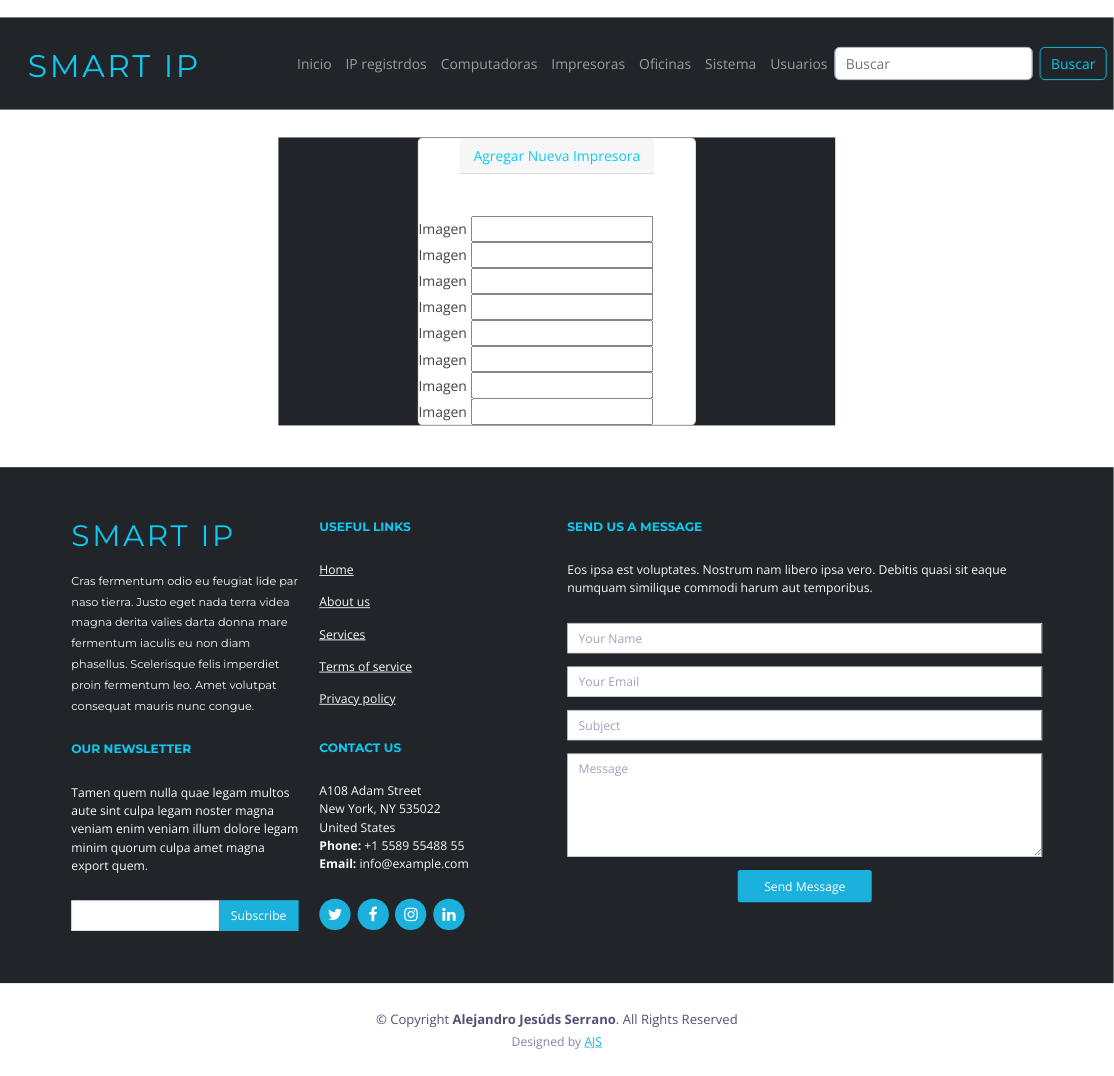
Repository: AlejandroJesusSerrano/SmartIPs
Page: smartip/smartipnav/templates/smartipnav/printer_form.html
The author's editor kept a copy of each file at every save. The page is drawn from the files as they stood at one save, then again after the next save.
The browser window is 1280 px wide. The pictures show the whole page, at 87% of full size.
The page is served by the project's application, run on Django 4.2 (smartip/manage.py). Other server files are loaded and not shown. The template is opened directly, without the code that normally fills it, so the values that code supplies are empty.

Above is the page before, as saved 2022-11-14 08:56:54.

### smartip/smartipnav/templates/smartipnav/printer_form.html
{% extends 'smartipnav/base.html' %}

{% block content %}
<section>
    <div class="container col-lg-6 bg-dark">
        <div class="card mx-auto mt-5" style="width: 20rem;">
            <div class="card-header text-info mx-auto">
              Agregar Nueva Impresora
            </div>
            <form id=printer_add_form action="" method="post" class="mt-5">
                <label for="">Imagen</label>
                <input type="url" name="printer_image" id="printer_image">

                <label for="">Imagen</label>
                <input type="url" name="printer_image" id="printer_image">

                <label for="">Imagen</label>
                <input type="url" name="printer_image" id="printer_image">

                <label for="">Imagen</label>
                <input type="url" name="printer_image" id="printer_image">

                <label for="">Imagen</label>
                <input type="url" name="printer_image" id="printer_image">

                <label for="">Imagen</label>
                <input type="url" name="printer_image" id="printer_image">

                <label for="">Imagen</label>
                <input type="url" name="printer_image" id="printer_image">

                <label for="">Imagen</label>
                <input type="url" name="printer_image" id="printer_image">
            </form>
        </div>
    </div>
</section>
<!-- <section id="intro" class="clearfix">
    <div class="container d-flex h-100">
        <div class="row justify-content-center align-self-center">
            <div class="col-md-6 intro-info order-md-first order-last">
                <form action="" method="post">
                    {% csrf_token %}
                    <div class="container mx-auto w-100">
                        <div class="form-group bg-dark mx-auto w-80">
                            <label class="form-control-label text-light" for="printer_image">Url Imágen: </label>
                            <input class="form-control" type="url" name="printer_image" id="printer_add"></p>

                            <label class="form-control-label text-light" for="printer_brand">Marca: </label>
                            <input class="form-control" type="text" name="printer_brand" id="printer_brand"></p>

                            <label class="form-control-label text-light" for="printer_model">Modelo: </label>
                            <input class="form-control" type="text" name="printer_model" id="printer_model"></p>

                            <label class="form-control-label text-light" for="printer_rebuilded">Reacondicionada: </label>
                            <input class="form-control" type="checkbox" name="printer_rebuilded" id="printer_rebuilded"></p>

                            <label class="form-control-label text-light" for="printer_ip">Ip asignado: </label>
                            <input class="form-control" type="text" name="printer_ip" id="printer_ip"></p>

                            <label class="form-control-label text-light" for="printer_office">Oficina: </label>
                            <input class="form-control" type="text" namr="printer_office" id="printer_office"></p>

                            <button type="submit" class="btn btn-info mx-auto">Submit</button>
                        </div>
                    </div>
                </form>
            </div>
        </div>
    </div>
</section> -->
{% endblock %}

### smartip/smartipnav/templates/smartipnav/base.html
<!DOCTYPE html>
<html lang="en">
<head>

  {% load static %}
  <meta charset="utf-8">
  <title>Smart IP</title>
  <meta content="width=device-width, initial-scale=1.0" name="viewport">
  <meta content="" name="keywords">
  <meta content="" name="description">

  <!-- Favicons -->
  <link href="{% static 'smartipnav/img/favicon.png' %}" rel="icon">
  <link href="{% static 'smartipnav/img/apple-touch-icon.png' %}" rel="apple-touch-icon">

  <!-- Google Fonts -->
  <link href="https://fonts.googleapis.com/css?family=Open+Sans:300,300i,400,400i,500,600,700,700i|Montserrat:300,400,500,600,700" rel="stylesheet">

  <!-- Bootstrap CSS File -->
  <link href="https://cdn.jsdelivr.net/npm/bootstrap@5.2.2/dist/css/bootstrap.min.css" rel="stylesheet" integrity="sha384-Zenh87qX5JnK2Jl0vWa8Ck2rdkQ2Bzep5IDxbcnCeuOxjzrPF/et3URy9Bv1WTRi" crossorigin="anonymous">

  <!-- Libraries CSS Files -->
  <link href="{% static 'smartipnav/lib/font-awesome/css/font-awesome.min.css' %}" rel="stylesheet">
  <link href="{% static 'smartipnav/lib/animate/animate.min.css' %}" rel="stylesheet">
  <link href="{% static 'smartipnav/lib/ionicons/css/ionicons.min.css' %}" rel="stylesheet">
  <link href="{% static 'smartipnav/lib/owlcarousel/assets/owl.carousel.min.css' %}" rel="stylesheet">
  <link href="{% static 'smartipnav/lib/lightbox/css/lightbox.min.css' %}" rel="stylesheet">

  <!-- Main Stylesheet File -->
  <link href="{% static 'smartipnav/css/style.css' %}" rel="stylesheet">

  <!-- =======================================================
    Theme Name: Rapid
    Theme URL: https://bootstrapmade.com/rapid-multipurpose-bootstrap-business-template/
    Author: BootstrapMade.com
    License: https://bootstrapmade.com/license/
  ======================================================= -->
</head>

<body>
  <!--==========================
  Header
  ============================-->
  <header id="header">
    <nav class="navbar navbar-expand-lg navbar-dark bg-dark mb-5">
      <a class="navbar-brand" href="index">
        <div class="logo mb-4">
          <!-- Uncomment below if you prefer to use an image logo -->
          <h1 class="text-bg-dark mx-auto "><a href="index"><span class= "text-info">Smart IP</span></a></h1>
          <!-- <a href="#header" class="scrollto"><img src="img/logo.png" alt="" class="img-fluid"></a> -->
        </div>
      </a>
      <button class="navbar-toggler" type="button" data-bs-toggle="collapse" data-bs-target="#navbarSupportedContent" aria-controls="navbarSupportedContent" aria-expanded="false" aria-label="Toggle navigation">
        <span class="navbar-toggler-icon"></span>
      </button>
      <div class="collapse navbar-collapse" id="navbarSupportedContent">
        <ul class="navbar-nav ms-auto mb-2 mb-lg-0">
          <li class="nav-item">
            <a class="nav-link {% block indexactive %} {% endblock %}" aria-current="page" href="{% url 'Inicio' %}">Inicio</a>
          </li>
          <li class="nav-item">
            <a class="nav-link {% block ipactive %} {% endblock %}" aria-current="page" href=" {% url 'Ip' %}">IP registrdos</a>
          </li>
          <li class="nav-item">
            <a class="nav-link {% block computeractive %} {% endblock %}" aria-current="page" href="{% url 'Computers' %}">Computadoras</a>
          </li>
          <li class="nav-item">
            <a class="nav-link {% block printersactive %} {% endblock %}" aria-current="page" href="{% url 'Printers' %}">Impresoras</a>
          </li>
          <li class="nav-item">
            <a class="nav-link {% block officesactive %} {% endblock %}" aria-current="page" href="{% url 'Offices' %}">Oficinas</a>
          </li>
          <li class="nav-item">
            <a class="nav-link {% block usersactive %} {% endblock %}" aria-current="page" href="{% url 'Users' %}">Sistema</a>
          </li>
          <li class="nav-item">
            <a class="nav-link {% block userspcactive %} {% endblock %}" aria-current="page" href="{% url 'UsersPc' %}">Usuarios</a>
          </li>

          <!-- <li class="nav-item dropdown">
            <a class="nav-link dropdown-toggle" href="#" id="navbarDropdown" role="button" data-bs-toggle="dropdown" aria-expanded="false">
              Dropdown
            </a>
            <ul class="dropdown-menu" aria-labelledby="navbarDropdown">
              <li><a class="dropdown-item" href="#">Acción</a></li>
              <li><a class="dropdown-item" href="#">Otra acción</a></li>
              <li><hr class="dropdown-divider"></li>
              <li><a class="dropdown-item" href="#">Algo más aquí</a></li>
            </ul>
          </li>
          <li class="nav-item">
            <a class="nav-link disabled">Deshabilitado</a>
          </li> -->
        </ul>
        <form class="d-flex" role="search">
          <input class="form-control me-2" type="search" placeholder="Buscar" aria-label="Buscar">
          <button class="btn btn-outline-info me-2" type="submit">Buscar</button>
        </form>
      </div>
    </nav>
  </header><!-- #header -->



    {% block content %}

    {% endblock %}



  <!--==========================
    Footer
  ============================-->
  <footer id="footer" class="section-bg">
    <div class="mt-5 footer-top bg-dark">
      <div class="container bg-dark">

        <div class="row">

          <div class="col-lg-6">

            <div class="row">

                <div class="col-sm-6">

                  <div class="footer-info">
                    <h3 class="text-info">Smart Ip</h3>
                    <p class="text-light">Cras fermentum odio eu feugiat lide par naso tierra. Justo eget nada terra videa magna derita valies darta donna mare fermentum iaculis eu non diam phasellus. Scelerisque felis imperdiet proin fermentum leo. Amet volutpat consequat mauris nunc congue.</p>
                  </div>

                  <div class="footer-newsletter">
                    <h4 class="text-info">Our Newsletter</h4>
                    <p class="text-light">Tamen quem nulla quae legam multos aute sint culpa legam noster magna veniam enim veniam illum dolore legam minim quorum culpa amet magna export quem.</p>
                    <form action="" method="post">
                      <input type="email" name="email"><input type="submit"  value="Subscribe">
                    </form>
                  </div>

                </div>

                <div class="col-sm-6">
                  <div class="footer-links">
                    <h4 class="text-info">Useful Links</h4>
                    <ul>
                      <li><a class="text-light" href="#">Home</a></li>
                      <li><a class="text-light" href="#">About us</a></li>
                      <li><a class="text-light" href="#">Services</a></li>
                      <li><a class="text-light" href="#">Terms of service</a></li>
                      <li><a class="text-light" href="#">Privacy policy</a></li>
                    </ul>
                  </div>

                  <div class="footer-links">
                    <h4 class="text-info">Contact Us</h4>
                    <p class="text-light">
                      A108 Adam Street <br>
                      New York, NY 535022<br>
                      United States <br>
                      <strong>Phone:</strong> +1 5589 55488 55<br>
                      <strong>Email:</strong> info@example.com<br>
                    </p>
                  </div>

                  <div class="social-links">
                    <a href="#" class="twitter"><i class="fa fa-twitter"></i></a>
                    <a href="#" class="facebook"><i class="fa fa-facebook"></i></a>
                    <a href="#" class="instagram"><i class="fa fa-instagram"></i></a>
                    <a href="#" class="linkedin"><i class="fa fa-linkedin"></i></a>
                  </div>

                </div>

            </div>

          </div>

          <div class="col-lg-6">

            <div class="form">

              <h4 class="text-info">Send us a message</h4>
              <p class= "text-light">Eos ipsa est voluptates. Nostrum nam libero ipsa vero. Debitis quasi sit eaque numquam similique commodi harum aut temporibus.</p>
              <form action="" method="post" role="form" class="contactForm">
                <div class="form-group">
                  <input type="text" name="name" class="form-control" id="name" placeholder="Your Name" data-rule="minlen:4" data-msg="Please enter at least 4 chars" />
                  <div class="validation"></div>
                </div>
                <div class="form-group">
                  <input type="email" class="form-control" name="email" id="email" placeholder="Your Email" data-rule="email" data-msg="Please enter a valid email" />
                  <div class="validation"></div>
                </div>
                <div class="form-group">
                  <input type="text" class="form-control" name="subject" id="subject" placeholder="Subject" data-rule="minlen:4" data-msg="Please enter at least 8 chars of subject" />
                  <div class="validation"></div>
                </div>
                <div class="form-group">
                  <textarea class="form-control" name="message" rows="5" data-rule="required" data-msg="Please write something for us" placeholder="Message"></textarea>
                  <div class="validation"></div>
                </div>

                <div id="sendmessage">Your message has been sent. Thank you!</div>
                <div id="errormessage"></div>

                <div class="text-center"><button type="submit" title="Send Message">Send Message</button></div>
              </form>
            </div>

          </div>



        </div>

      </div>
    </div>

    <div class="container">
      <div class="copyright">
        &copy; Copyright <strong>Alejandro Jesúds Serrano</strong>. All Rights Reserved
      </div>
      <div class="credits">
        <!--
          All the links in the footer should remain intact.
          You can delete the links only if you purchased the pro version.
          Licensing information: https://bootstrapmade.com/license/
          Purchase the pro version with working PHP/AJAX contact form: https://bootstrapmade.com/buy/?theme=Rapid
        -->
        Designed by <a href="https://AJS.com/">AJS</a>
      </div>
    </div>
  </footer><!-- #footer -->

  <a href="#" class="back-to-top"><i class="fa fa-chevron-up"></i></a>
  <!-- Uncomment below i you want to use a preloader -->
  <!-- <div id="preloader"></div> -->

  <!-- JavaScript Libraries -->
  <script src="{% static 'smartipnav/lib/jquery/jquery.min.js' %}"></script>
  <script src="{% static 'smartipnav/lib/jquery/jquery-migrate.min.js' %}"></script>
  <script src="https://cdn.jsdelivr.net/npm/bootstrap@5.2.2/dist/js/bootstrap.bundle.min.js" integrity="sha384-OERcA2EqjJCMA+/3y+gxIOqMEjwtxJY7qPCqsdltbNJuaOe923+mo//f6V8Qbsw3" crossorigin="anonymous"></script>
  <script src="{% static 'smartipnav/lib/easing/easing.min.js' %}"></script>
  <script src="{% static 'smartipnav/lib/mobile-nav/mobile-nav.js' %}"></script>
  <script src="{% static 'smartipnav/lib/wow/wow.min.js' %}"></script>
  <script src="{% static 'smartipnav/lib/waypoints/waypoints.min.js' %}"></script>
  <script src="{% static 'smartipnav/lib/counterup/counterup.min.js' %}"></script>
  <script src="{% static 'smartipnav/lib/owlcarousel/owl.carousel.min.js' %}"></script>
  <script src="{% static 'smartipnav/lib/isotope/isotope.pkgd.min.js' %}"></script>
  <script src="{% static 'smartipnav/lib/lightbox/js/lightbox.min.js' %}"></script>
  <!-- Contact Form JavaScript File -->
  <script src="{% static 'smartipnav/contactform/contactform.js' %}"></script>

  <!-- Template Main Javascript File -->
  <script src="{% static 'smartipnav/js/main.js' %}"></script>

</body>
</html>

### smartip/smartip/urls.py
"""smartip URL Configuration

The `urlpatterns` list routes URLs to views. For more information please see:
    https://docs.djangoproject.com/en/4.1/topics/http/urls/
Examples:
Function views
    1. Add an import:  from my_app import views
    2. Add a URL to urlpatterns:  path('', views.home, name='home')
Class-based views
    1. Add an import:  from other_app.views import Home
    2. Add a URL to urlpatterns:  path('', Home.as_view(), name='home')
Including another URLconf
    1. Import the include() function: from django.urls import include, path
    2. Add a URL to urlpatterns:  path('blog/', include('blog.urls'))
"""
from django.contrib import admin
from django.urls import path

urlpatterns = [
    path('admin/', admin.site.urls),
]

Loaded but not shown: smartip/smartipnav/static/smartipnav/lib/font-awesome/css/font-awesome.min.css (library); smartip/smartipnav/static/smartipnav/lib/animate/animate.min.css (library); smartip/smartipnav/static/smartipnav/lib/ionicons/css/ionicons.min.css (library); smartip/smartipnav/static/smartipnav/lib/owlcarousel/assets/owl.carousel.min.css (library); smartip/smartipnav/static/smartipnav/lib/lightbox/css/lightbox.min.css (common file); smartip/smartipnav/static/smartipnav/lib/jquery/jquery.min.js (library); smartip/smartipnav/static/smartipnav/lib/jquery/jquery-migrate.min.js (library); smartip/smartipnav/static/smartipnav/lib/easing/easing.min.js (common file); smartip/smartipnav/static/smartipnav/lib/mobile-nav/mobile-nav.js (common file); smartip/smartipnav/static/smartipnav/lib/wow/wow.min.js (library); smartip/smartipnav/static/smartipnav/lib/waypoints/waypoints.min.js (library); smartip/smartipnav/static/smartipnav/lib/counterup/counterup.min.js (common file); smartip/smartipnav/static/smartipnav/lib/owlcarousel/owl.carousel.min.js (library); smartip/smartipnav/static/smartipnav/lib/isotope/isotope.pkgd.min.js (library); smartip/smartipnav/static/smartipnav/lib/lightbox/js/lightbox.min.js (library); smartip/smartipnav/static/smartipnav/js/main.js (131 lines, source omitted); smartip/smartipnav/static/smartipnav/contactform/contactform.js (118 lines, source omitted); smartip/smartipnav/static/smartipnav/css/style.css (1573 lines, source omitted)

After the next save:
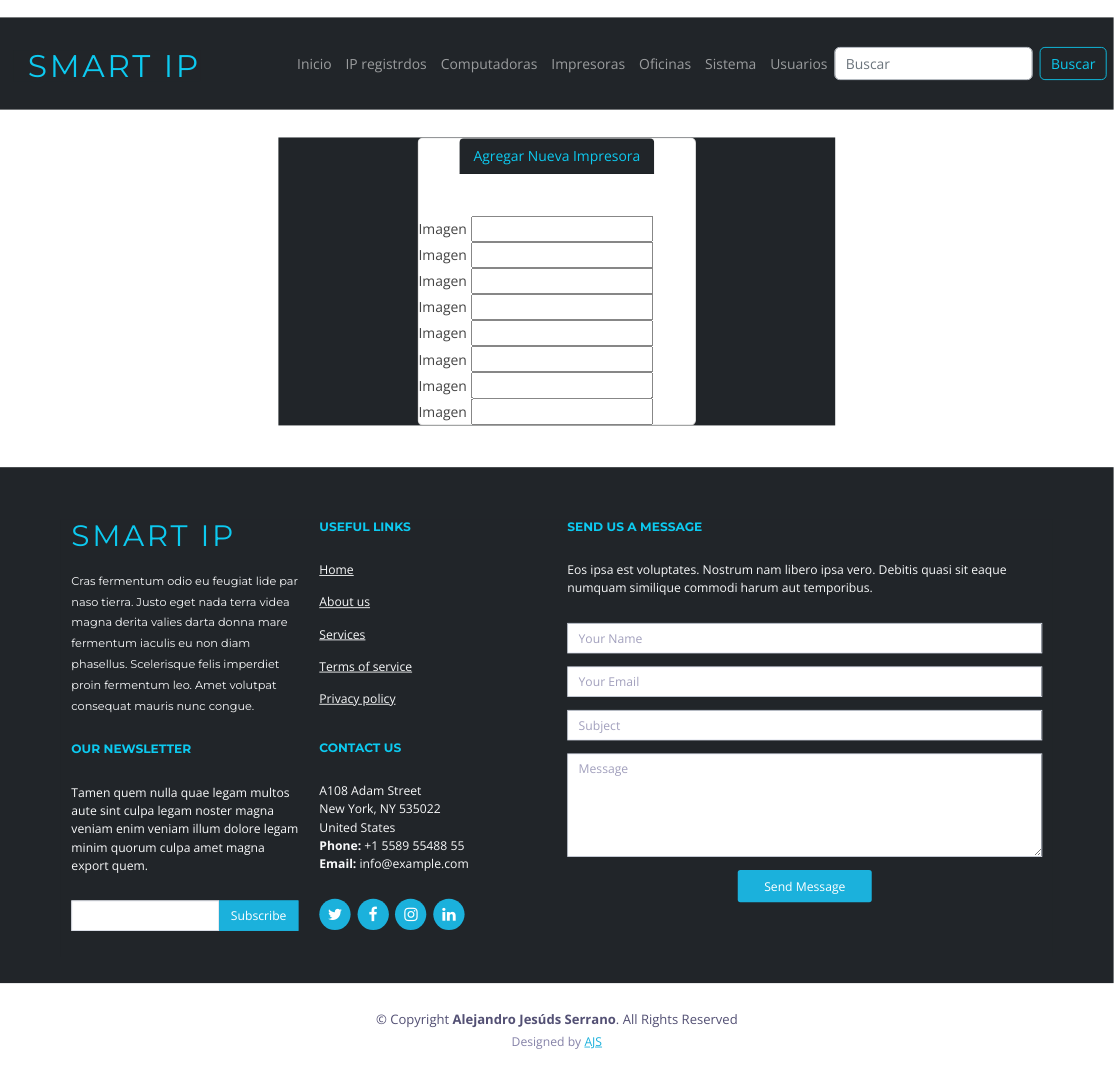
Saved 21 s later.
--- a/smartip/smartipnav/templates/smartipnav/printer_form.html
+++ b/smartip/smartipnav/templates/smartipnav/printer_form.html
@@ -4,7 +4,7 @@
 <section>
     <div class="container col-lg-6 bg-dark">
         <div class="card mx-auto mt-5" style="width: 20rem;">
-            <div class="card-header text-info mx-auto">
+            <div class="card-header bg-dark text-info mx-auto">
               Agregar Nueva Impresora
             </div>
             <form id=printer_add_form action="" method="post" class="mt-5">
